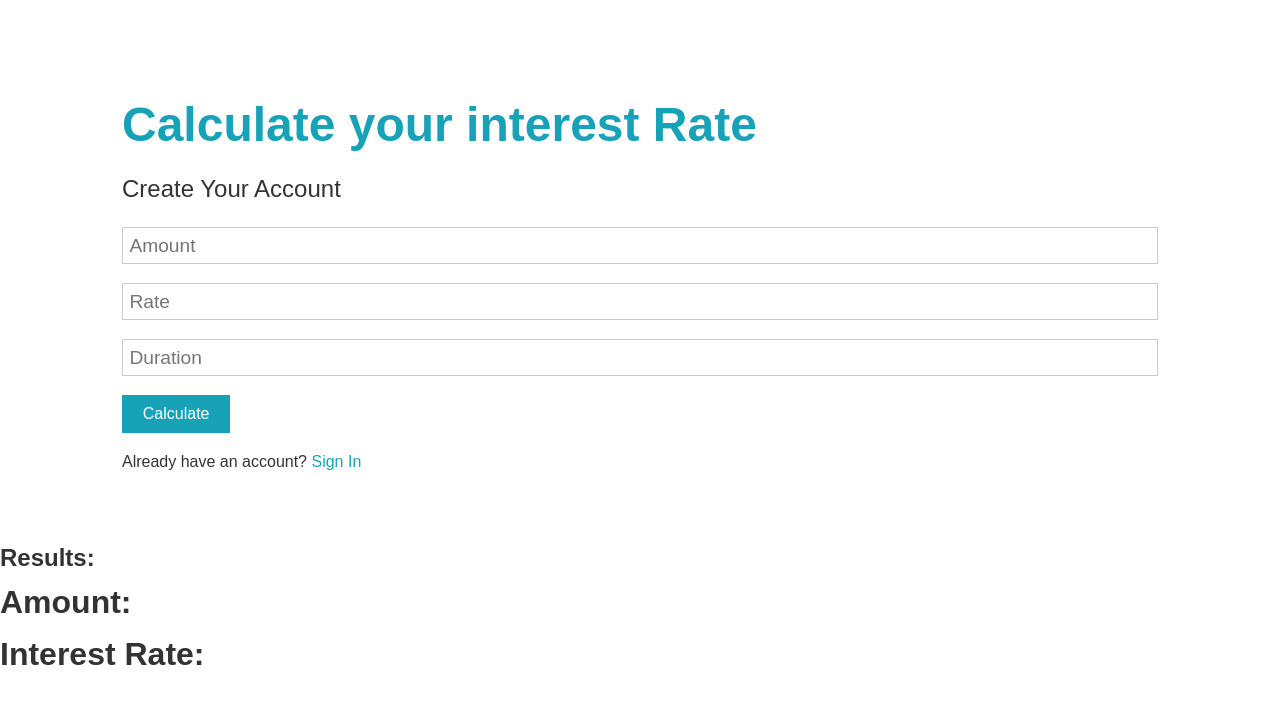
Repository: codding-ideas/loan-calculator
Page: / (app in client/)
The author's editor kept a copy of each file at every save. The page is drawn from the files as they stood at one save, then again after a run of saves.
The browser window is 1280 px wide. The pictures show the whole page.
The project was rebuilt for these pictures with package versions that can differ from the ones it lists, and the page was loaded fresh each time.

Above is the page before, as saved 2019-07-08 21:43:55.

After the next 5 saves:
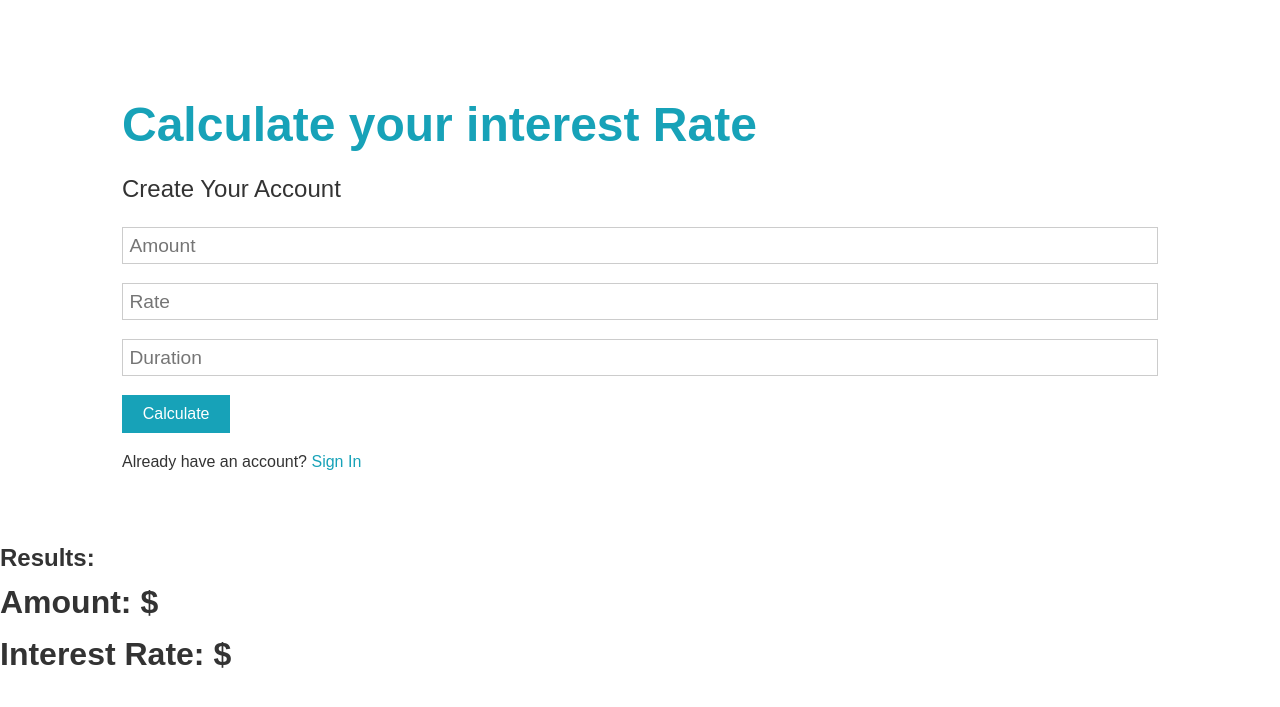
The 5 saves are shown as one change because they came seconds apart.
The last was saved 37 s later.
--- a/client/src/componets/Results.js
+++ b/client/src/componets/Results.js
@@ -6,8 +6,8 @@ const Results = (props) => {
     return (
         <div>
             <h2>Results:</h2>
-            <h1>Amount: {props.loan.amount}</h1>
-            <h1>Interest Rate: {props.loan.interestRate}</h1>
+            <h1>Amount: $ {props.loan.amount}</h1>
+            <h1>Interest Rate: ${props.loan.interestRate}</h1>
         </div>
     )
 }
